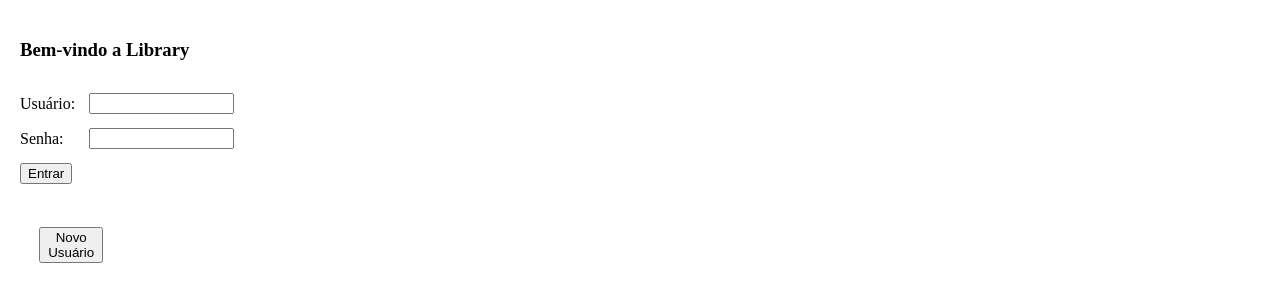
Repository: lmsmorais/ProjectEpiousion
Page: http://localhost/LibraryProject/
These files come from the project's save history. The page is drawn as it stood at one moment and after the next save; the edit follows.
The browser window is 1280 px wide. The pictures show the whole page.
The page is served by Tomcat 9. Other server files are loaded and not shown.

Above is the page before, as saved 2020-11-11 20:42:16.

### LibraryProject/WebContent/index.jsp
<%@ page language="java" contentType="text/html; charset=ISO-8859-1"
    pageEncoding="ISO-8859-1"%>
<!DOCTYPE html>
<html>
<head>
<meta charset="ISO-8859-1">
<title>Login</title>
	</head>
	<body>
		<form method="post" action='${pageContext.request.contextPath}/Login'>
			<table cellspacing="10" cellpadding="2" width="5%">
				<tr>
					<td colspan="2">
						<h3> Bem-vindo a Library</h3>
							<p>
					</td>
				</tr>
				<tr>
					<td>Usuário:</td>
					<td><input type="text" name="username" size="15"/></td>
				</tr>
				<tr>
					<td>Senha:</td>
					<td><input type="password" name="password" size="15"/></td>
				</tr>
				<tr>
					<td><button type="submit">Entrar</button></td>
				</tr>

			</table>
		</form>
		<form method="post" action='${pageContext.request.contextPath}/Login'>
		<table cellspacing="30" cellpadding="1" width="10%">
			<tr>
				<td><button type="submit">Novo Usuário</button></td>
			</tr>
		</table>
		</form>
	</body>
</html>

After the next save:
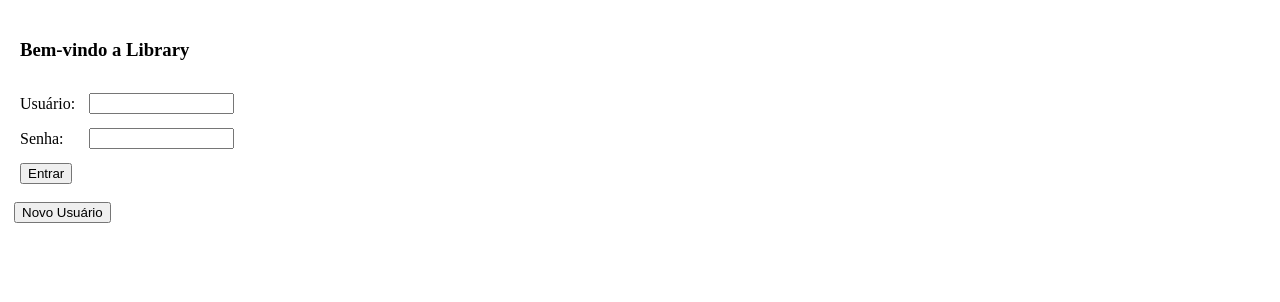
Saved 5 s later.
--- a/LibraryProject/WebContent/index.jsp
+++ b/LibraryProject/WebContent/index.jsp
@@ -30,7 +30,7 @@
 			</table>
 		</form>
 		<form method="post" action='${pageContext.request.contextPath}/Login'>
-		<table cellspacing="30" cellpadding="1" width="10%">
+		<table cellspacing="5" cellpadding="1" width="10%">
 			<tr>
 				<td><button type="submit">Novo Usuário</button></td>
 			</tr>
